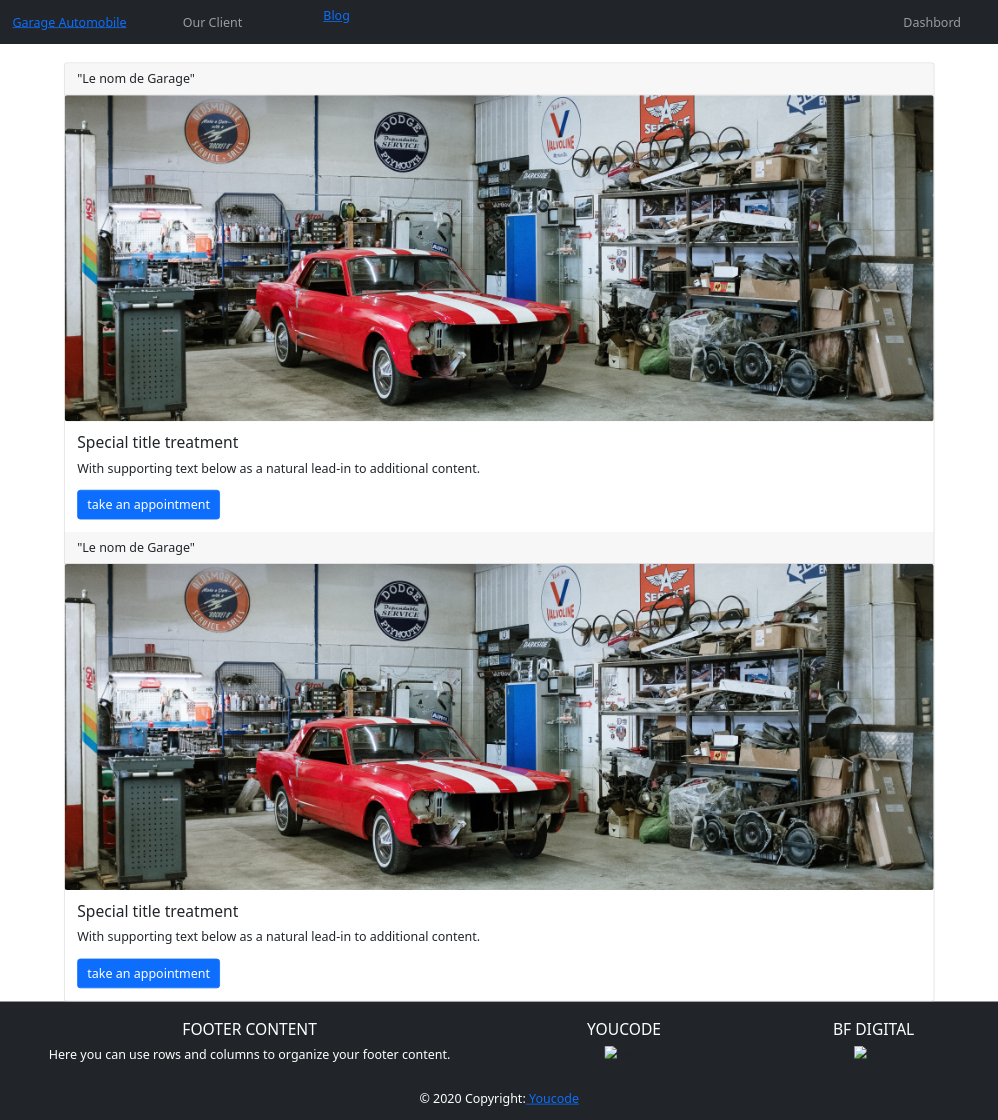
Repository: abdelhak-f/Fil-Rouge
Page: /blog (app in client/)
These files come from the project's save history. The page is drawn as it stood at one moment and after the next save; the edit follows.
The browser window is 1280 px wide. The pictures show the whole page, at 78% of full size.
The project was rebuilt for these pictures with package versions that can differ from the ones it lists, and the page was loaded fresh each time. Also part of the build but not shown: client/src/components/Text.jsx, client/src/components/forms/FirstFrontForm.jsx, client/src/components/Body.jsx.

Above is the page before, as saved 2021-09-07 16:53:24.

After the next save:
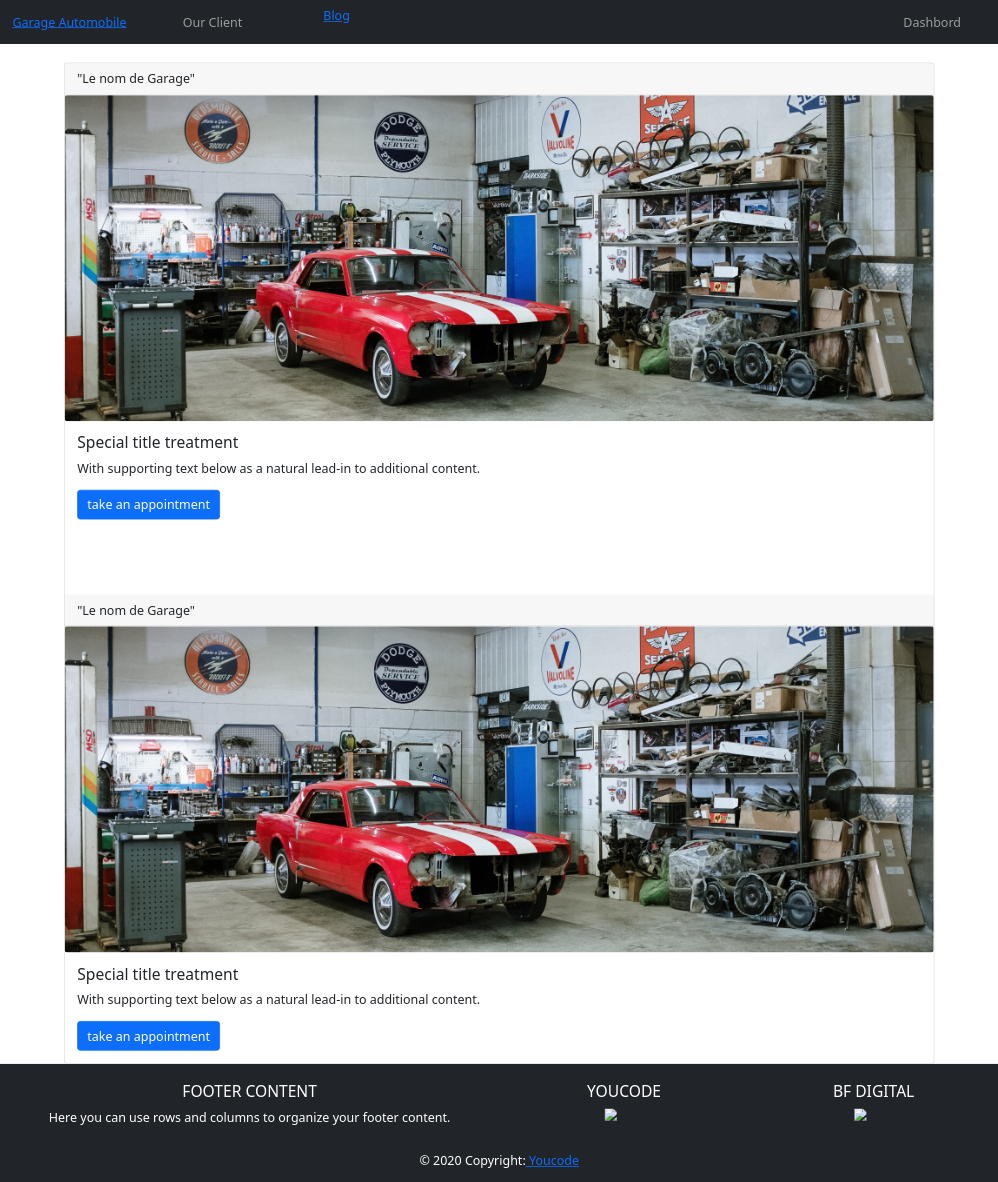
Saved 32 s later.
--- a/client/src/components/Blog.jsx
+++ b/client/src/components/Blog.jsx
@@ -20,7 +20,7 @@ function Blog() {
            </Card.Body>
 
 
-           <Card.Header  >"Le nom de Garage"  </Card.Header>
+           <Card.Header  className="Blog" >"Le nom de Garage"  </Card.Header>
             <Card.Img  src={image} />
             <Card.Body>
             <Card.Title>Special title treatment</Card.Title>
